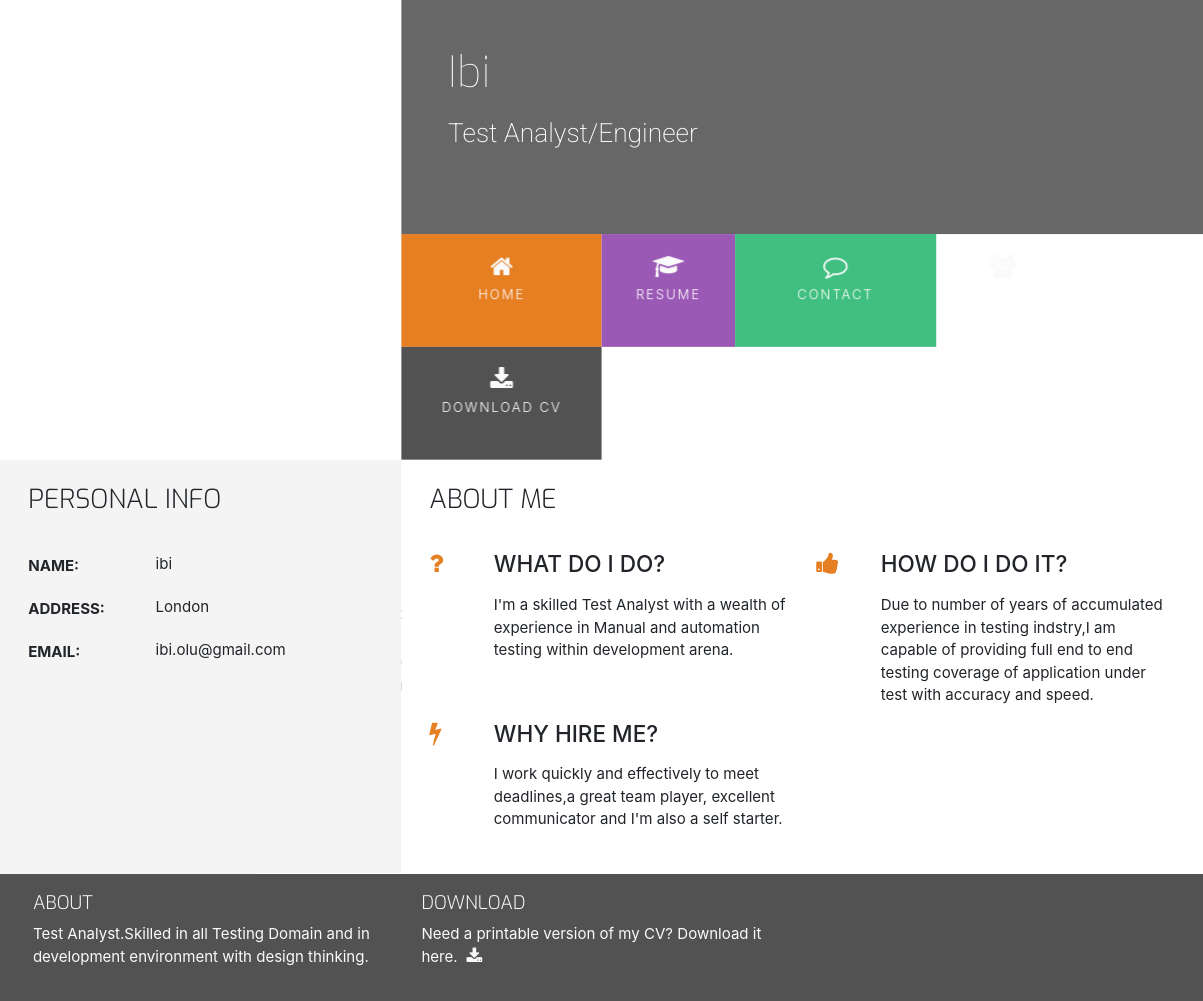
Repository: daat2/ccvitae
Page: index.html
The author's editor kept a record of every edit. The page is drawn from the files as they stood at one moment, then again after the next edit.
The browser window is 1280 px wide. The pictures show the whole page, at 94% of full size.
Some web libraries are served in a nearby version.

Above is the page before.

After the next edit:
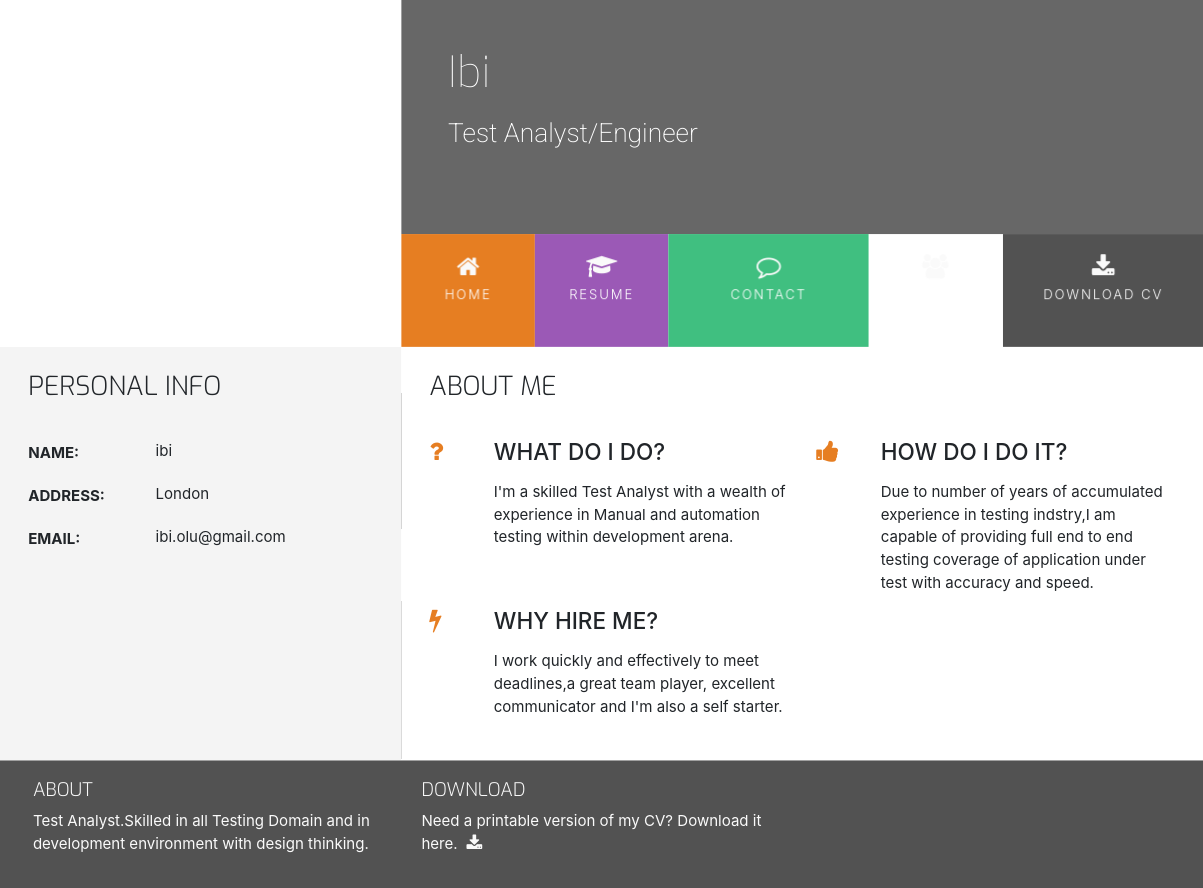
The edit:
--- a/index.html
+++ b/index.html
@@ -24,7 +24,7 @@
 	                <div class="row no-gutters">
 	                    <div class="col">
 	                        <ul id="nav" class="list-inline menucontainer">
-	                            <li class="col-6 col-sm-3 list-inline-item ui-menu-color-home menuitem">
+	                            <li class="col-6 col-sm-2 list-inline-item ui-menu-color-home menuitem">
 	                                <a href="index.html" class="hvr-sweep-to-bottom"><i class="fa fa-home" aria-hidden="true"></i><span>Home</span></a>
 	                            </li>
 	                            <li class="col-6 col-sm-2 list-inline-item ui-menu-color-resume menuitem">
